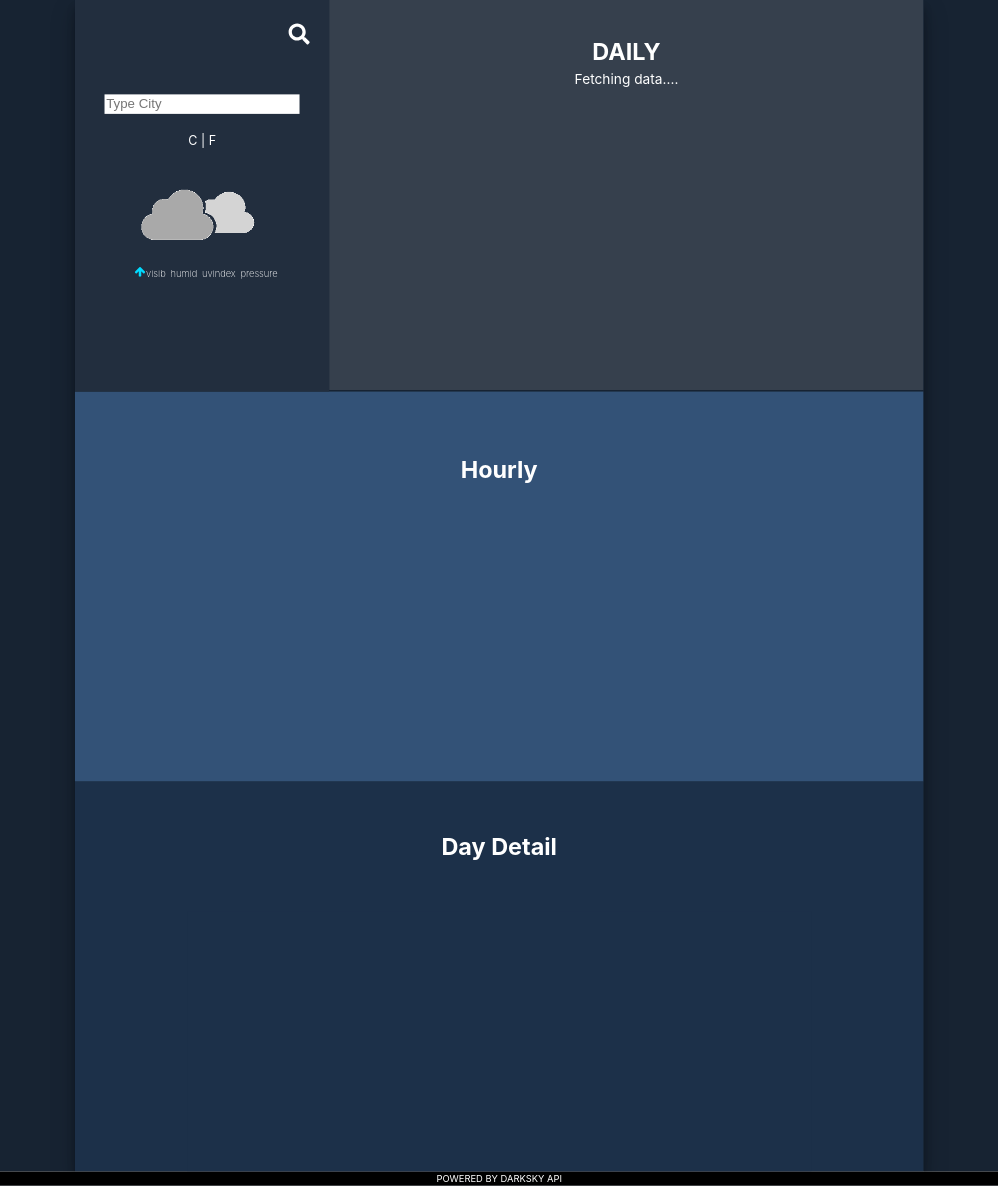
Repository: DOODpls/assignment3_weather
Page: index.html
These files come from the project's save history. The page is drawn as it stood at one moment and after the next save; the edit follows.
The browser window is 1280 px wide. The pictures show the whole page, at 78% of full size.
Some web fonts or font styles are not loaded; a fallback is used. Some web libraries are served in a nearby version.

Above is the page before, as saved 2020-01-07 21:23:41.

After the next save:
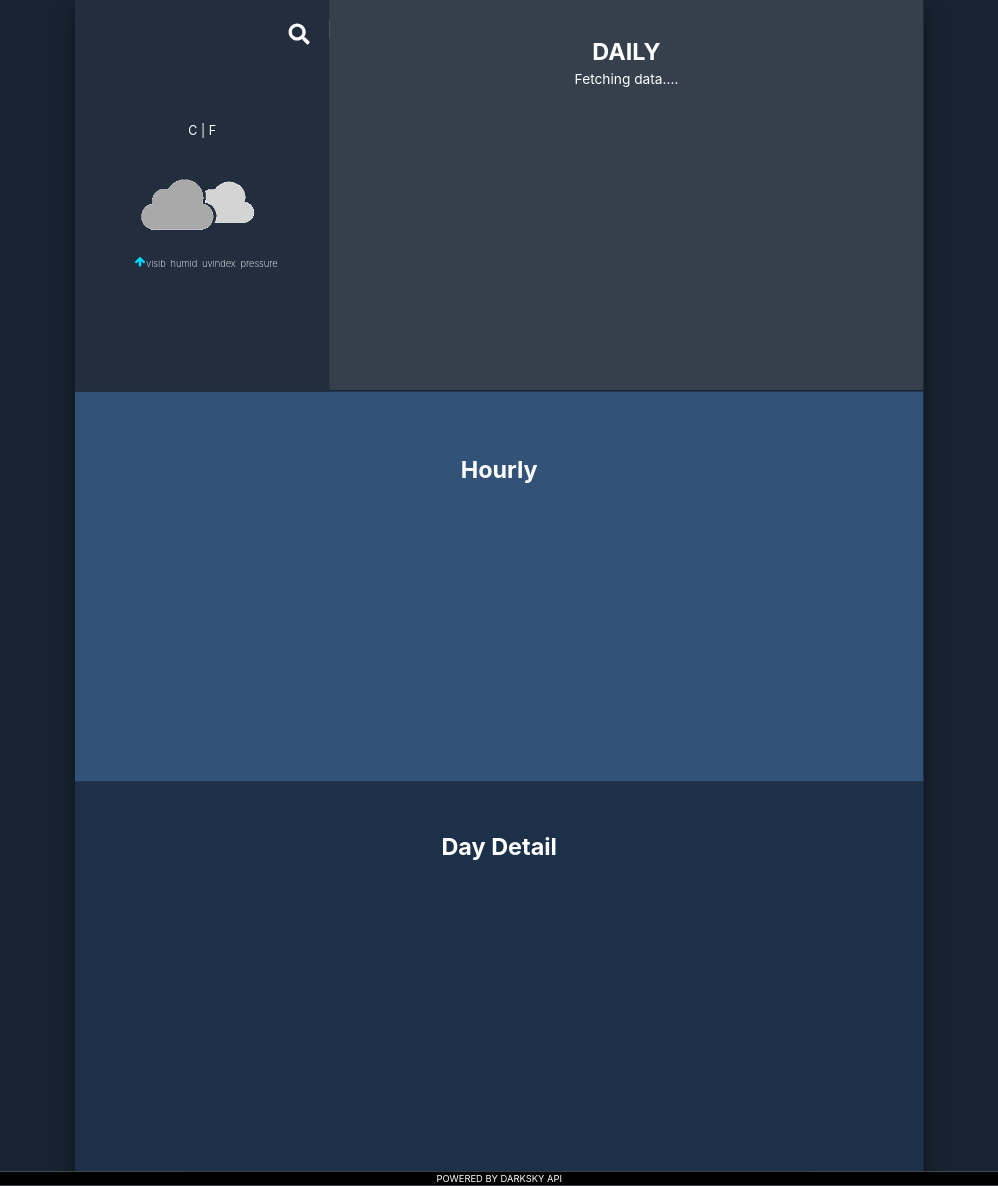
Saved 46 s later.
--- a/styles.css
+++ b/styles.css
@@ -438,6 +438,13 @@
     width: 90%;
   }
 }
+@media (min-width:500px){
+  .city-text{
+    position: absolute;
+    top: 25px;
+    right: -250px;
+  }
+}
 @media (max-width:500px){
   .city-text{
     position: absolute;

After the save that followed:
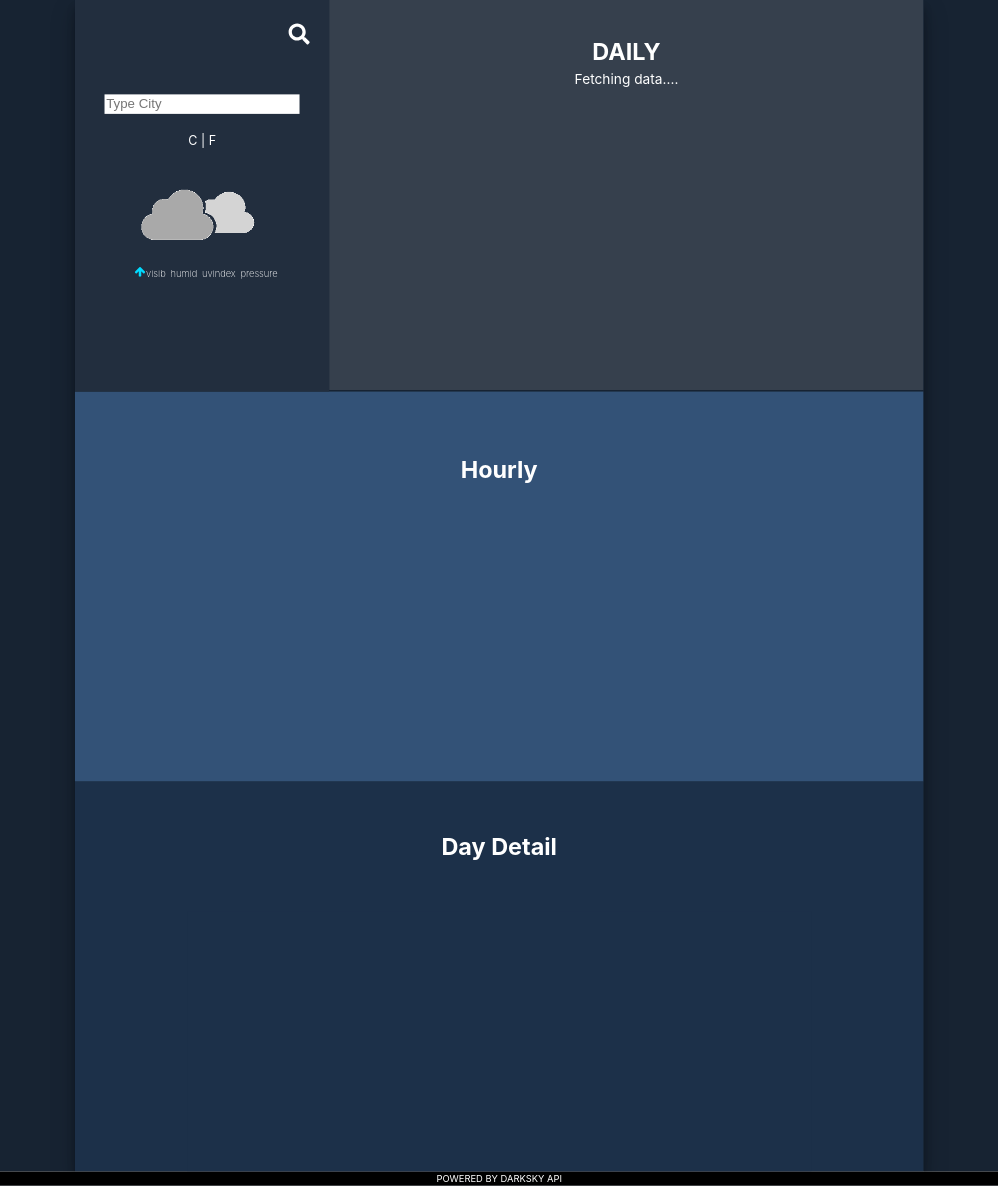
Saved 21 s later.
--- a/styles.css
+++ b/styles.css
@@ -142,18 +142,7 @@
   align-items: center;
   position: relative;
 }
-.city-text{
-  border-radius: 0px;
-  width: 250px;
-  height: 25px;
-  font-family: Arial, Helvetica, sans-serif;
-  font-size: 17px;
-  color: #555;
-  border: none;
-  box-sizing: border-box;
-  position: relative;
-  top: -22px;
-}
+
 
 .sub-info{
   display: flex;
@@ -440,9 +429,16 @@
 }
 @media (min-width:500px){
   .city-text{
-    position: absolute;
-    top: 25px;
-    right: -250px;
+    border-radius: 0px;
+    width: 250px;
+    height: 25px;
+    font-family: Arial, Helvetica, sans-serif;
+    font-size: 17px;
+    color: #555;
+    border: none;
+    box-sizing: border-box;
+    position: relative;
+    top: -22px;
   }
 }
 @media (max-width:500px){
